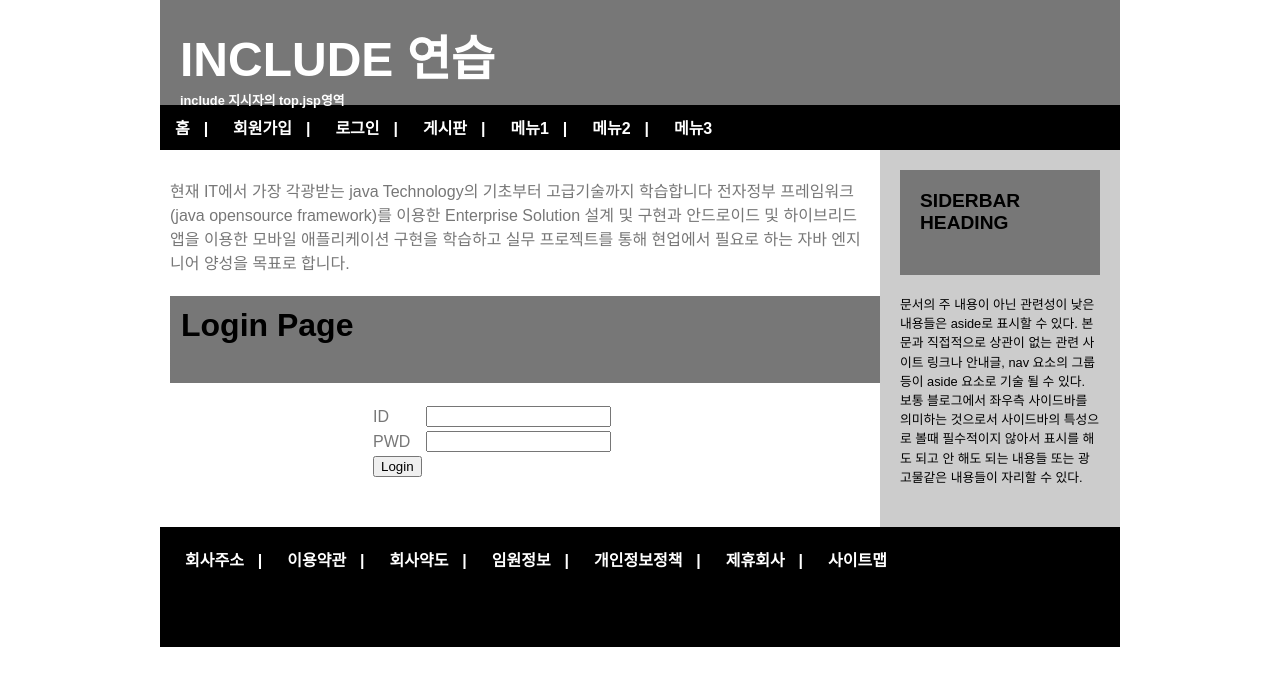
Repository: dev-sean/kosta
Page: http://localhost/jsp_1104/welcome.jsp
An editor plug-in stored every save of this project. The page is shown before and after the next save, followed by the edit.
The browser window is 1280 px wide. The pictures show the whole page.
Some web libraries are served in a nearby version. The page is served by Tomcat 9. Other server files are loaded and not shown.

Above is the page before, as saved 2014-11-04 04:50:10.

### jsp/jsp_1104/WebContent/welcome.jsp
<%@ page language="java" contentType="text/html; charset=EUC-KR"
	pageEncoding="EUC-KR"%>
<%@include file="ex1_top.jsp"%>
<article>


	<p>현재 IT에서 가장 각광받는 java Technology의 기초부터 고급기술까지 학습합니다 전자정부
		프레임워크(java opensource framework)를 이용한 Enterprise Solution 설계 및 구현과
		안드로이드 및 하이브리드앱을 이용한 모바일 애플리케이션 구현을 학습하고 실무 프로젝트를 통해 현업에서 필요로 하는 자바
		엔지니어 양성을 목표로 합니다.</p>
	<section>
		<header style="margin: auto; width: 100%;">
			<h2>Login Page</h2>
		</header>
		<p>
		<form method="post" action="">
			<table style="margin: auto; width: 300px">
				<tr>
					<td>ID</td>
					<td><input type="text" name="id"></td>
				</tr>
				<tr>
					<td>PWD</td>
					<td><input type="password" name="pwd"></td>
				</tr>
				<tr>
					<td colspan="2"><input type="submit" value="Login"></td>
				</tr>
			</table>
		</form>
		</p>
	</section>
</article>
<aside>
	<header>
		<h1>Siderbar Heading</h1>
	</header>
	<p>문서의 주 내용이 아닌 관련성이 낮은 내용들은 aside로 표시할 수 있다. 본문과 직접적으로 상관이 없는 관련
		사이트 링크나 안내글, nav 요소의 그룹 등이 aside 요소로 기술 될 수 있다. 보통 블로그에서 좌우측 사이드바를
		의미하는 것으로서 사이드바의 특성으로 볼때 필수적이지 않아서 표시를 해도 되고 안 해도 되는 내용들 또는 광고물같은 내용들이
		자리할 수 있다.</p>

</aside>
<%@include file="ex1_bottom.jsp"%>

### jsp/jsp_1104/WebContent/ex1_top.jsp
<%@ page language="java" contentType="text/html; charset=EUC-KR"
    pageEncoding="EUC-KR"%>
<!DOCTYPE html>
<html>
<head>
<meta charset="EUC-KR">
<title>Insert title here</title>
<link rel="stylesheet" href="style/style.css" type="text/css">
<script src="//code.jquery.com/jquery-1.11.0.min.js"></script>
<script src="//code.jquery.com/jquery-migrate-1.2.1.min.js"></script>
<script>
	$(document).ready(function() {

	});
</script>
</head>
<body>

	<header class="hd">
		<h1>Include 연습</h1>
		<h2>include 지시자의 top.jsp영역</h2>
	</header>
	<nav>
		<ul>
			<li><a href="ex1_body.jsp">홈</a>&nbsp; |</li>
			<li><a href="join.jsp">회원가입</a>&nbsp; |</li>
			<li><a href="loginForm.jsp">로그인</a>&nbsp; |</li>
			<li><a href="">게시판</a>&nbsp; |</li>
			<li><a href="">메뉴1</a>&nbsp; |</li>
			<li><a href="">메뉴2</a>&nbsp; |</li>
			<li><a href="">메뉴3</a></li>
		</ul>
	</nav>

### jsp/jsp_1104/WebContent/ex1_bottom.jsp
<%@ page language="java" contentType="text/html; charset=EUC-KR"
	pageEncoding="EUC-KR"%>
<footer>
	<nav>
		<ul>
			<li><a href="">회사주소</a>&nbsp; |</li>
			<li><a href="">이용약관</a>&nbsp; |</li>
			<li><a href="">회사약도</a>&nbsp; |</li>
			<li><a href="">임원정보</a>&nbsp; |</li>
			<li><a href="">개인정보정책</a>&nbsp; |</li>
			<li><a href="">제휴회사</a>&nbsp; |</li>
			<li><a href="">사이트맵</a></li>
		</ul>
	</nav>
</footer>


</body>
</html>

### jsp/jsp_1104/WebContent/style/style.css
@CHARSET "EUC-KR";
html, body, div, h1, h2, h3, h4, h5, h6, p {
	margin: 0;
	padding: 0;
	border: 0;
	outline: 0;
	font-size: 100%;
}

body {
	width: 960px;
	margin: 0 auto;
	font-family: Arial, sans-serif;
	color: #777;
}

p {
	margin-top: 20px;
	margin-bottom: 20px;
	line-height: 150%;
}
.hd h1{

}
header {
	background: #777;
	padding: 20px;
	height: 65px;
	clear: both;
}

body header  h1 {
	font-size: 3.0em;
	text-transform: uppercase;
	color: #fff;
}

body header  h2 {
	font-size: 0.8em;
	color: #fff;

}

body nav {
	height: 25px;
	padding: 10px;
	background: #000;
	color: #FFFFFF;
	font-weight: bold;
	clear: both;
	-moz-border-radius: 20px 0px;
}

body nav ul {
	padding: 0;
	margin: 0;
	list-style: none;
}

nav ul li {
	display: block;
	float: left;
	margin-right: 20px;
}

footer {
	background: #000;
	padding: 10px;
	height: 100px;
	color: #fff;
	clear: both;
}

nav ul li a {
	color: #fff;
	background: #000;
	text-decoration: none;
	padding: 5px;
	margin: 0;
}

nav ul li a:hover {
	background: #777;
}

article {
	width: 700px;
	padding: 10px;
	float: left;
}

article header {
	border: 1px dashed #777;
	padding: 10px;
}

article header h2 {
	color: #000;
	font-size: 2em;
}

time {
	font-size: 0.7em;
	margin-top: 0px;
	margin-bottom: 0px;
}

article section footer {
	border: 1px dashed #777;
	padding: 10px;
}

article>footer {
	font-style: italic;
}

figure {
	margin: 0 auto;
	padding: 20px;
	width: 500px;
	text-align: center;
	border: 1px dashed #ccc;
	clear: both;
}

figure img {
	padding: 10px;
	margin: 0 auto;
}

aside {
	width: 200px;
	padding: 20px;
	float: left;
	background: #ccc;
	color: #000;
	font-size: 0.8em;
}

aside header h1 {
	font-size: 1.5em;
	color: #000;
}

After the next save:
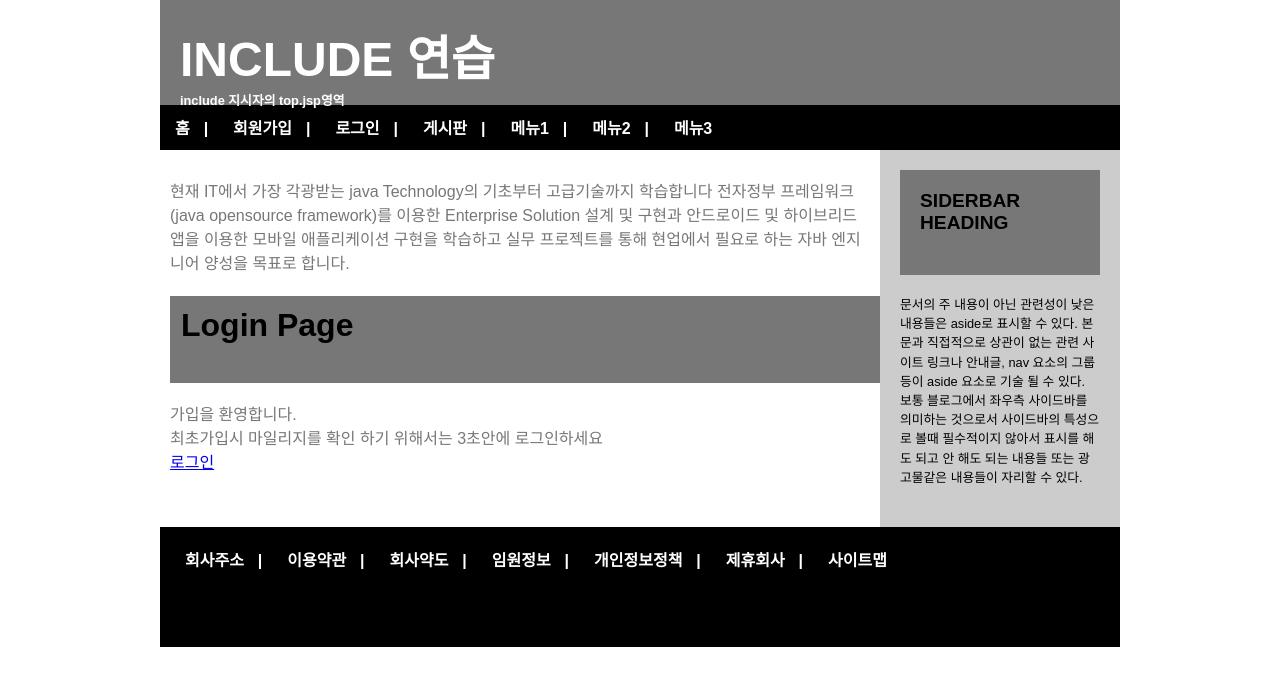
Saved 100 s later.
--- a/jsp/jsp_1104/WebContent/welcome.jsp
+++ b/jsp/jsp_1104/WebContent/welcome.jsp
@@ -2,8 +2,6 @@
 	pageEncoding="EUC-KR"%>
 <%@include file="ex1_top.jsp"%>
 <article>
-
-
 	<p>현재 IT에서 가장 각광받는 java Technology의 기초부터 고급기술까지 학습합니다 전자정부
 		프레임워크(java opensource framework)를 이용한 Enterprise Solution 설계 및 구현과
 		안드로이드 및 하이브리드앱을 이용한 모바일 애플리케이션 구현을 학습하고 실무 프로젝트를 통해 현업에서 필요로 하는 자바
@@ -13,21 +11,9 @@
 			<h2>Login Page</h2>
 		</header>
 		<p>
-		<form method="post" action="">
-			<table style="margin: auto; width: 300px">
-				<tr>
-					<td>ID</td>
-					<td><input type="text" name="id"></td>
-				</tr>
-				<tr>
-					<td>PWD</td>
-					<td><input type="password" name="pwd"></td>
-				</tr>
-				<tr>
-					<td colspan="2"><input type="submit" value="Login"></td>
-				</tr>
-			</table>
-		</form>
+			가입을 환영합니다.<br/>
+			최초가입시 마일리지를 확인 하기 위해서는 3초안에 로그인하세요<br/>
+			<a href="loginForm.jsp">로그인</a>
 		</p>
 	</section>
 </article>
